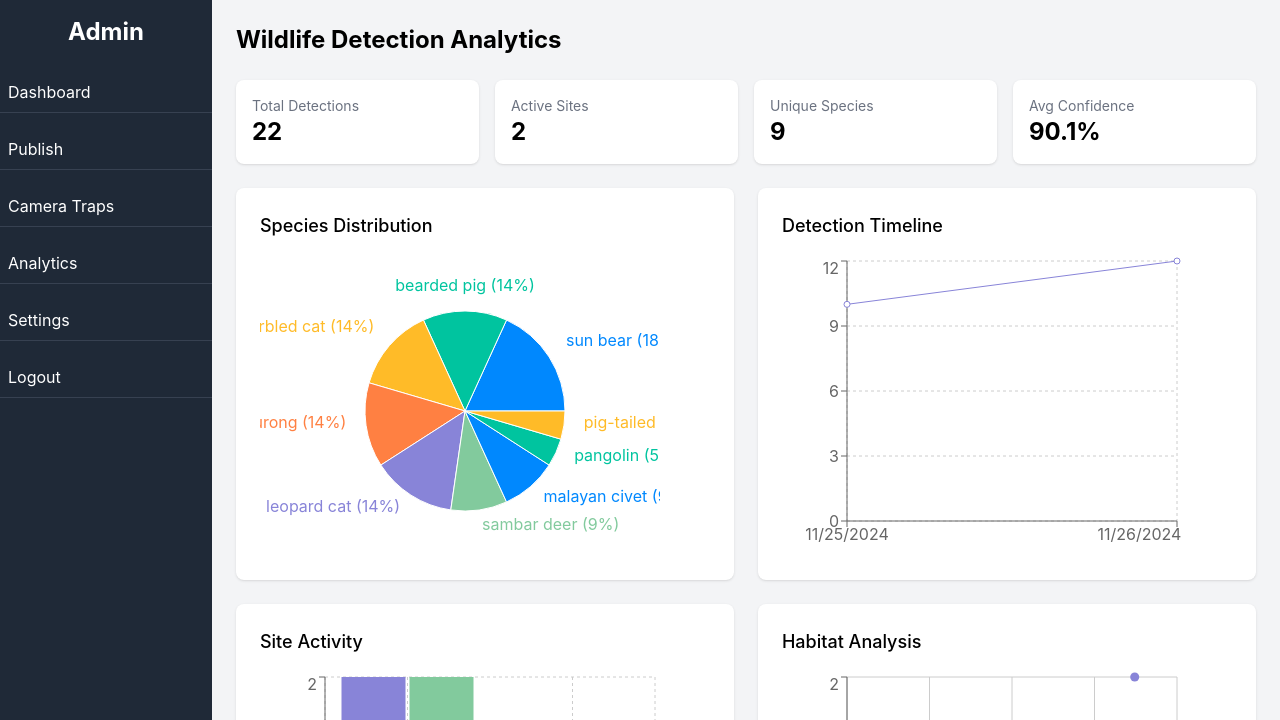
Repository: DominicMathew240/wildlife
Page: /pages/admin/dashboard/analytics
These files come from the project's save history. The page is drawn as it stood at one moment and after the next save; the edit follows.
The browser window is 1280 px wide. The pictures show the whole page.
An inner scrolling area shows only its first screen. Some web libraries are served in a nearby version. The project was rebuilt for these pictures with package versions that can differ from the ones it lists, and the page was loaded fresh each time. The framework's server and built-in components were replaced by stand-ins that run in the browser. Also part of the build but not shown: next.config.mjs.

Above is the page before, as saved 2024-11-25 23:56:45.

### src/app/layout.js
import localFont from "next/font/local";
import "./globals.css";

const geistSans = localFont({
  src: "./fonts/GeistVF.woff",
  variable: "--font-geist-sans",
  weight: "100 900",
});
const geistMono = localFont({
  src: "./fonts/GeistMonoVF.woff",
  variable: "--font-geist-mono",
  weight: "100 900",
});

export const metadata = {
  title: "Wild Life",
  description: "Wild Life of Sarawak",
};

export default function RootLayout({ children }) {
  return (
    <html lang="en">
      <head>
        <link href="https://cdn.jsdelivr.net/npm/flowbite@2.5.1/dist/flowbite.min.css" rel="stylesheet" />
      </head>
      <body className={`${geistSans.variable} ${geistMono.variable} antialiased`} >
        {children}

        <script src="https://cdn.jsdelivr.net/npm/flowbite@2.5.1/dist/flowbite.min.js"></script>
      </body>
    </html>
  );
}

### src/app/pages/admin/dashboard/analytics/page.js
"use client";

import React, { useState, useEffect } from 'react';
import { BarChart, Bar, XAxis, YAxis, CartesianGrid, Tooltip, Legend, PieChart, Pie, Cell, LineChart, Line, ScatterChart, Scatter } from 'recharts';
import Sidebar from "../../components/sidebar";
import { createClient } from '@vercel/postgres';


export default function Analytics() {
  // Mock data matching our database schema
  const detectionData = [
    { site_id: '0002-A', species: 'sun bear', confidence: 0.89, timestamp: '2024-11-25 14:23:15' },
    { site_id: '0002-A', species: 'bearded pig', confidence: 0.95, timestamp: '2024-11-25 15:45:32' },
    { site_id: '0002-B', species: 'marbled cat', confidence: 0.88, timestamp: '2024-11-25 16:12:45' },
    { site_id: '0002-C', species: 'sambar deer', confidence: 0.92, timestamp: '2024-11-25 17:30:21' },
    { site_id: '0002-D', species: 'binturong', confidence: 0.87, timestamp: '2024-11-25 18:45:33' },
    { site_id: '0003-A', species: 'sun bear', confidence: 0.91, timestamp: '2024-11-25 19:15:42' },
    { site_id: '0003-B', species: 'pangolin', confidence: 0.86, timestamp: '2024-11-25 20:25:18' },
    { site_id: '0003-C', species: 'leopard cat', confidence: 0.93, timestamp: '2024-11-25 21:35:44' },
    { site_id: '0003-D', species: 'leopard cat', confidence: 0.89, timestamp: '2024-11-25 22:45:12' },
    { site_id: '0004-A', species: 'malayan civet', confidence: 0.90, timestamp: '2024-11-25 23:15:33' },
    { site_id: '0004-B', species: 'pig-tailed macaque', confidence: 0.88, timestamp: '2024-11-26 00:25:42' },
    { site_id: '0004-C', species: 'sun bear', confidence: 0.92, timestamp: '2024-11-26 01:35:18' },
    { site_id: '0004-D', species: 'bearded pig', confidence: 0.94, timestamp: '2024-11-26 02:45:55' },
    { site_id: '0005-A', species: 'marbled cat', confidence: 0.87, timestamp: '2024-11-26 03:15:22' },
    { site_id: '0005-B', species: 'binturong', confidence: 0.89, timestamp: '2024-11-26 04:25:44' },
    { site_id: '0005-C', species: 'sambar deer', confidence: 0.93, timestamp: '2024-11-26 05:35:16' },
    { site_id: '0006-A', species: 'leopard cat', confidence: 0.90, timestamp: '2024-11-26 06:15:33' },
    { site_id: '0006-B', species: 'malayan civet', confidence: 0.88, timestamp: '2024-11-26 07:25:47' },
    { site_id: '0006-C', species: 'sun bear', confidence: 0.91, timestamp: '2024-11-26 08:35:19' },
    { site_id: '0001-A', species: 'bearded pig', confidence: 0.89, timestamp: '2024-11-26 09:15:28' },
    { site_id: '0001-B', species: 'binturong', confidence: 0.92, timestamp: '2024-11-26 10:25:45' },
    { site_id: '0001-C', species: 'marbled cat', confidence: 0.90, timestamp: '2024-11-26 11:35:12' }
];

  const siteData = [
    {
      site_id: '0002-A',
      elevation_m: 279,
      forest_cover: 95,
      canopy_height: 35,
      water_occurrence: 12,
      distance_to_road: 0,
      human_population: 0
    },
    {
      site_id: '0002-B',
      elevation_m: 308,
      forest_cover: 97,
      canopy_height: 43,
      water_occurrence: 0,
      distance_to_road: 0,
      human_population: 0
    },
    // Add all the site data we inserted earlier
  ];

  const getSpeciesStats = () => {
    const stats = {};
    detectionData.forEach(det => {
      if (!stats[det.species]) {
        stats[det.species] = {
          count: 0,
          avgConfidence: 0,
          sites: new Set()
        };
      }
      stats[det.species].count++;
      stats[det.species].avgConfidence += det.confidence;
      stats[det.species].sites.add(det.site_id);
    });

    return Object.entries(stats).map(([species, data]) => ({
      species,
      count: data.count,
      avgConfidence: (data.avgConfidence / data.count * 100).toFixed(1),
      siteCount: data.sites.size
    })).sort((a, b) => b.count - a.count);
  };

  const getSiteStats = () => {
    return siteData.map(site => ({
      ...site,
      detectionCount: detectionData.filter(d => d.site_id === site.site_id).length,
      uniqueSpecies: new Set(detectionData.filter(d => d.site_id === site.site_id).map(d => d.species)).size
    }));
  };

  const getTimeSeriesData = () => {
    const timeData = {};
    detectionData.forEach(det => {
      const date = new Date(det.timestamp).toLocaleDateString();
      timeData[date] = (timeData[date] || 0) + 1;
    });
    return Object.entries(timeData)
      .map(([date, count]) => ({ date, count }))
      .sort((a, b) => new Date(a.date) - new Date(b.date));
  };

  const COLORS = ['#0088FE', '#00C49F', '#FFBB28', '#FF8042', '#8884d8', '#82ca9d'];

  return (
    <div className="flex flex-row h-screen bg-gray-100">
      <Sidebar />
      <div className="w-full p-6 overflow-y-auto">
        <h1 className="text-2xl font-bold mb-6">Wildlife Detection Analytics</h1>

        {/* Overview Cards */}
        <div className="grid grid-cols-1 md:grid-cols-4 gap-4 mb-6">
          <div className="bg-white p-4 rounded-lg shadow">
            <h3 className="text-gray-500 text-sm">Total Detections</h3>
            <p className="text-2xl font-bold">{detectionData.length}</p>
          </div>
          <div className="bg-white p-4 rounded-lg shadow">
            <h3 className="text-gray-500 text-sm">Active Sites</h3>
            <p className="text-2xl font-bold">{siteData.length}</p>
          </div>
          <div className="bg-white p-4 rounded-lg shadow">
            <h3 className="text-gray-500 text-sm">Unique Species</h3>
            <p className="text-2xl font-bold">{new Set(detectionData.map(d => d.species)).size}</p>
          </div>
          <div className="bg-white p-4 rounded-lg shadow">
            <h3 className="text-gray-500 text-sm">Avg Confidence</h3>
            <p className="text-2xl font-bold">
              {(detectionData.reduce((acc, det) => acc + det.confidence, 0) / detectionData.length * 100).toFixed(1)}%
            </p>
          </div>
        </div>

        {/* Charts */}
        <div className="grid grid-cols-1 md:grid-cols-2 gap-6 mb-6">
          <div className="bg-white p-6 rounded-lg shadow">
            <h3 className="text-lg font-medium mb-4">Species Distribution</h3>
            <PieChart width={400} height={300}>
              <Pie
                data={getSpeciesStats()}
                cx={200}
                cy={150}
                labelLine={false}
                outerRadius={100}
                dataKey="count"
                nameKey="species"
                label={({ species, percent }) => `${species} (${(percent * 100).toFixed(0)}%)`}
              >
                {getSpeciesStats().map((entry, index) => (
                  <Cell key={`cell-${index}`} fill={COLORS[index % COLORS.length]} />
                ))}
              </Pie>
              <Tooltip />
            </PieChart>
          </div>

          <div className="bg-white p-6 rounded-lg shadow">
            <h3 className="text-lg font-medium mb-4">Detection Timeline</h3>
            <LineChart width={400} height={300} data={getTimeSeriesData()}>
              <CartesianGrid strokeDasharray="3 3" />
              <XAxis dataKey="date" />
              <YAxis />
              <Tooltip />
              <Line type="monotone" dataKey="count" stroke="#8884d8" />
            </LineChart>
          </div>

          <div className="bg-white p-6 rounded-lg shadow">
            <h3 className="text-lg font-medium mb-4">Site Activity</h3>
            <BarChart width={400} height={300} data={getSiteStats().slice(0, 10)}>
              <CartesianGrid strokeDasharray="3 3" />
              <XAxis dataKey="site_id" />
              <YAxis />
              <Tooltip />
              <Legend />
              <Bar dataKey="detectionCount" fill="#8884d8" name="Detections" />
              <Bar dataKey="uniqueSpecies" fill="#82ca9d" name="Unique Species" />
            </BarChart>
          </div>

          <div className="bg-white p-6 rounded-lg shadow">
            <h3 className="text-lg font-medium mb-4">Habitat Analysis</h3>
            <ScatterChart width={400} height={300}>
              <CartesianGrid />
              <XAxis type="number" dataKey="elevation_m" name="Elevation (m)" />
              <YAxis type="number" dataKey="detectionCount" name="Detection Count" />
              <Tooltip cursor={{ strokeDasharray: '3 3' }} />
              <Scatter name="Sites" data={getSiteStats()} fill="#8884d8" />
            </ScatterChart>
          </div>
        </div>

        {/* Detailed Tables */}
        <div className="grid grid-cols-1 gap-6">
          <div className="bg-white p-6 rounded-lg shadow">
            <h3 className="text-lg font-medium mb-4">Latest Detections</h3>
            <div className="overflow-x-auto">
              <table className="min-w-full">
                <thead>
                  <tr className="bg-gray-50">
                    <th className="p-2">Time</th>
                    <th className="p-2">Site</th>
                    <th className="p-2">Species</th>
                    <th className="p-2">Confidence</th>
                  </tr>
                </thead>
                <tbody>
                  {detectionData.slice(0, 10).map((detection, idx) => (
                    <tr key={idx} className="border-t">
                      <td className="p-2">{new Date(detection.timestamp).toLocaleString()}</td>
                      <td className="p-2">{detection.site_id}</td>
                      <td className="p-2">{detection.species}</td>
                      <td className="p-2">{(detection.confidence * 100).toFixed(1)}%</td>
                    </tr>
                  ))}
                </tbody>
              </table>
            </div>
          </div>

          <div className="bg-white p-6 rounded-lg shadow">
            <h3 className="text-lg font-medium mb-4">Site Performance</h3>
            <div className="overflow-x-auto">
              <table className="min-w-full">
                <thead>
                  <tr className="bg-gray-50">
                    <th className="p-2">Site ID</th>
                    <th className="p-2">Elevation (m)</th>
                    <th className="p-2">Forest Cover (%)</th>
                    <th className="p-2">Canopy Height (m)</th>
                    <th className="p-2">Total Detections</th>
                    <th className="p-2">Unique Species</th>
                  </tr>
                </thead>
                <tbody>
                  {getSiteStats().map((site, idx) => (
                    <tr key={idx} className="border-t">
                      <td className="p-2">{site.site_id}</td>
                      <td className="p-2">{site.elevation_m}</td>
                      <td className="p-2">{site.forest_cover}</td>
                      <td className="p-2">{site.canopy_height}</td>
                      <td className="p-2">{site.detectionCount}</td>
                      <td className="p-2">{site.uniqueSpecies}</td>
                    </tr>
                  ))}
                </tbody>
              </table>
            </div>
          </div>
        </div>
      </div>
    </div>
  );
}

### src/app/globals.css
@tailwind base;
@tailwind components;
@tailwind utilities;

.thank-you-animation {
    font-size: 3rem;
    animation: bounce 1s infinite;
}

@keyframes bounce {
    0%, 100% {
        transform: translateY(0);
    }
    50% {
        transform: translateY(-20px);
    }
}

html {
    scroll-behavior: smooth;
}

### src/app/pages/admin/components/sidebar.js
import React from "react";
import Link from "next/link";

export default function Sidebar() {
    return (
        <aside className="flex flex-col justify-start items-center w-64 h-screen bg-gray-800 text-white">
            <h1 className="text-2xl font-bold mt-4">Admin</h1>
            <ul className="flex flex-col justify-start items-center w-full mt-4">
                <Link href="/pages/admin/dashboard" className="w-full p-2 my-2 border-b border-gray-700">Dashboard</Link>
                <Link href="/pages/admin/dashboard/admin_publish" className="w-full p-2 my-2 border-b border-gray-700">Publish</Link>
                <Link href="/pages/admin/dashboard/camera_traps" className="w-full p-2 my-2 border-b border-gray-700">Camera Traps</Link>
                <Link href="/pages/admin/dashboard/analytics" className="w-full p-2 my-2 border-b border-gray-700">Analytics</Link>
                <Link href="/pages/admin/dashboard/admin_roles" className="w-full p-2 my-2 border-b border-gray-700">Settings</Link>
                <a href="/" className="w-full p-2 my-2 border-b border-gray-700">Logout</a>
            </ul>
        </aside>
    );
}

Loaded but not shown: tailwind.config.js (common file)

After the next save:
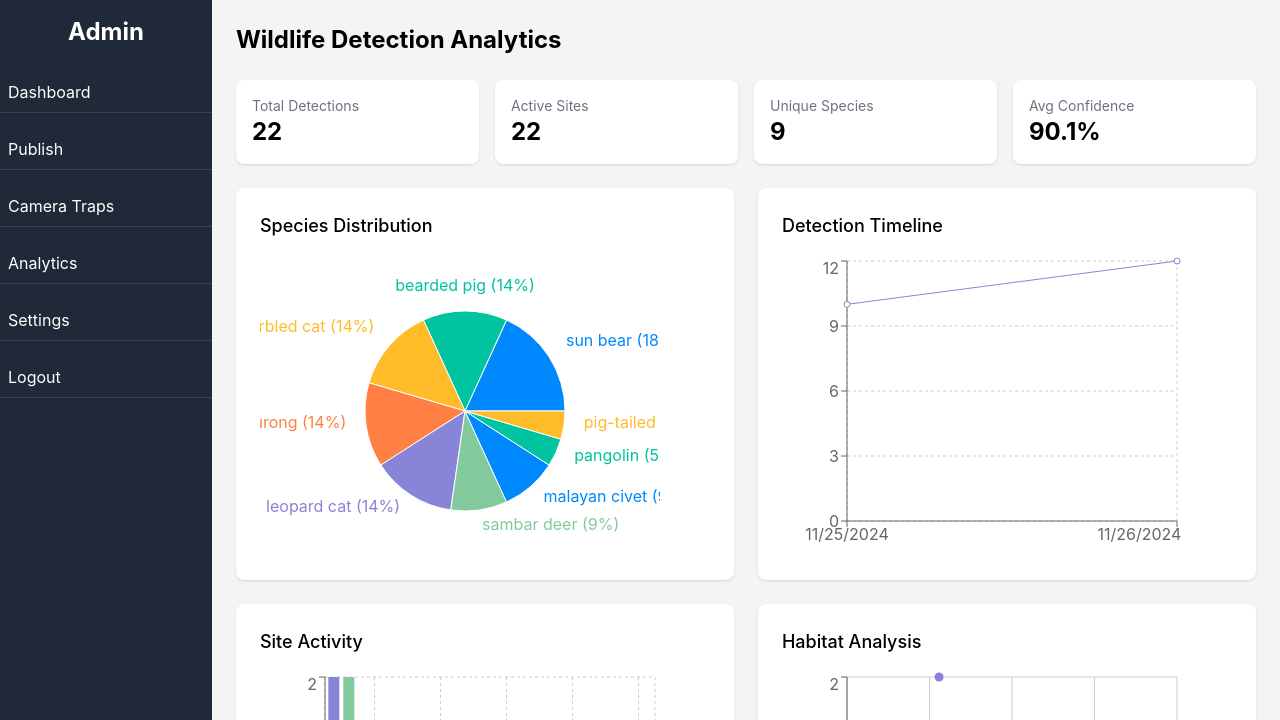
Saved 13 s later.
--- a/src/app/pages/admin/dashboard/analytics/page.js
+++ b/src/app/pages/admin/dashboard/analytics/page.js
@@ -33,27 +33,30 @@ export default function Analytics() {
     { site_id: '0001-C', species: 'marbled cat', confidence: 0.90, timestamp: '2024-11-26 11:35:12' }
 ];
 
-  const siteData = [
-    {
-      site_id: '0002-A',
-      elevation_m: 279,
-      forest_cover: 95,
-      canopy_height: 35,
-      water_occurrence: 12,
-      distance_to_road: 0,
-      human_population: 0
-    },
-    {
-      site_id: '0002-B',
-      elevation_m: 308,
-      forest_cover: 97,
-      canopy_height: 43,
-      water_occurrence: 0,
-      distance_to_road: 0,
-      human_population: 0
-    },
-    // Add all the site data we inserted earlier
-  ];
+const siteData = [
+    { site_id: '0002-A', elevation_m: 279, forest_cover: 95, canopy_height: 35, water_occurrence: 12, distance_to_road: 0, human_population: 0 },
+    { site_id: '0002-B', elevation_m: 308, forest_cover: 97, canopy_height: 43, water_occurrence: 0, distance_to_road: 0, human_population: 0 },
+    { site_id: '0002-C', elevation_m: 374, forest_cover: 93, canopy_height: 41, water_occurrence: 0, distance_to_road: 1414.213501, human_population: 0 },
+    { site_id: '0002-D', elevation_m: 382, forest_cover: 97, canopy_height: 39, water_occurrence: 0, distance_to_road: 2000, human_population: 0 },
+    { site_id: '0002-E', elevation_m: 471, forest_cover: 93, canopy_height: 37, water_occurrence: 0, distance_to_road: 1000, human_population: 0 },
+    { site_id: '0003-A', elevation_m: 337, forest_cover: 98, canopy_height: 44, water_occurrence: 0, distance_to_road: 2828.427002, human_population: 0 },
+    { site_id: '0003-B', elevation_m: 337, forest_cover: 98, canopy_height: 44, water_occurrence: 0, distance_to_road: 2000, human_population: 0 },
+    { site_id: '0003-C', elevation_m: 558, forest_cover: 95, canopy_height: 44, water_occurrence: 0, distance_to_road: 0, human_population: 0 },
+    { site_id: '0003-D', elevation_m: 429, forest_cover: 98, canopy_height: 40, water_occurrence: 0, distance_to_road: 0, human_population: 0 },
+    { site_id: '0004-A', elevation_m: 439, forest_cover: 98, canopy_height: 41, water_occurrence: 0, distance_to_road: 0, human_population: 0 },
+    { site_id: '0004-B', elevation_m: 297, forest_cover: 98, canopy_height: 38, water_occurrence: 0, distance_to_road: 1000, human_population: 0 },
+    { site_id: '0004-C', elevation_m: 648, forest_cover: 94, canopy_height: 34, water_occurrence: 0, distance_to_road: 0, human_population: 0 },
+    { site_id: '0004-D', elevation_m: 869, forest_cover: 92, canopy_height: 40, water_occurrence: 0, distance_to_road: 2828.427002, human_population: 0 },
+    { site_id: '0005-A', elevation_m: 667, forest_cover: 98, canopy_height: 42, water_occurrence: 0, distance_to_road: 0, human_population: 0 },
+    { site_id: '0005-B', elevation_m: 667, forest_cover: 98, canopy_height: 42, water_occurrence: 0, distance_to_road: 0, human_population: 0 },
+    { site_id: '0005-C', elevation_m: 15, forest_cover: 92, canopy_height: 20, water_occurrence: 0, distance_to_road: 4472.13623, human_population: 0 },
+    { site_id: '0006-A', elevation_m: 104, forest_cover: 89, canopy_height: 19, water_occurrence: 0, distance_to_road: 1000, human_population: 0 },
+    { site_id: '0006-B', elevation_m: 549, forest_cover: 94, canopy_height: 30, water_occurrence: 0, distance_to_road: 1000, human_population: 0 },
+    { site_id: '0006-C', elevation_m: 367, forest_cover: 91, canopy_height: 28, water_occurrence: 0, distance_to_road: 1000, human_population: 7.454078674 },
+    { site_id: '0001-A', elevation_m: 72, forest_cover: 93, canopy_height: 23, water_occurrence: 0, distance_to_road: 0, human_population: 3.773095846 },
+    { site_id: '0001-B', elevation_m: 300, forest_cover: 92, canopy_height: 37, water_occurrence: 0, distance_to_road: 3605.55127, human_population: 0 },
+    { site_id: '0001-C', elevation_m: 281, forest_cover: 95, canopy_height: 31, water_occurrence: 0, distance_to_road: 2236.068115, human_population: 0 }
+];
 
   const getSpeciesStats = () => {
     const stats = {};
